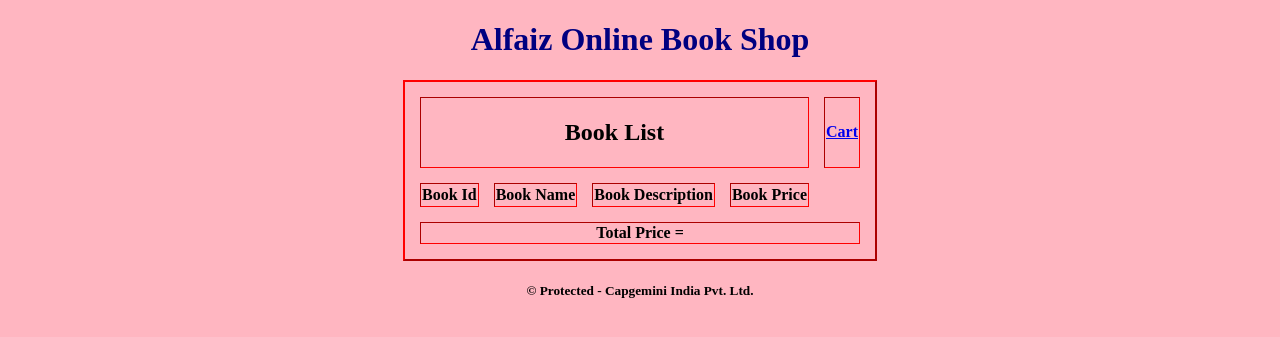
Repository: Rccalfa123/OnlineShopingCart
Page: http://localhost/OnlineBookShopping_Servlet-JSP/home.jsp
The author's editor kept a copy of each file at every save. The page is drawn from the files as they stood at one save, then again after the next save.
The browser window is 1280 px wide. The pictures show the whole page.
The page is served by Tomcat 9. Other server files are loaded and not shown.

Above is the page before, as saved 2018-08-09 14:34:50.

### OnlineBookShopping_Servlet-JSP/WebContent/home.jsp
<%@ page language="java" contentType="text/html; charset=ISO-8859-1"
	pageEncoding="ISO-8859-1"%>
<%@taglib prefix="alfa" uri="http://java.sun.com/jsp/jstl/core"%>
<!DOCTYPE html>
<html>
<head>

<link rel="stylesheet" type="text/css" href="mystyle.css">

<meta charset="ISO-8859-1">
<title>Online Book Shop</title>
</head>
<body>
     <jsp:include page="header.jsp"></jsp:include>
	<form action=".app" method="get">

		<div>
			<table cellspacing="15" align = "center" border="2" >
				<tr>
					<th colspan="4" height="35"><h2>Book List</h2></th>
					<th><a href="Cart.jsp">Cart ${sessionScope.counter}</a> </th>
				</tr>
			  <tr>
					<th height="20">Book Id</th>
					<th height="20">Book Name</th>
					<th height="20">Book Description</th>
					<th height="20">Book Price</th>

				</tr>

			<alfa:forEach var="books"  items="${sessionScope.availableBooks}">
			<tr>
					<td align="center">${books.bookId}</td>
					<td align="center">${books.bookName}</td>
					<td align="center">${books.bookDescription}</td>
					<td align="center">${books.bookPrice}</td>
					<td align="center"  colspan="2"><a href="addnew.app?bookId=${books.bookId}">Add to Cart</a></td>
			</tr>
			</alfa:forEach>
			 <tr > <th colspan="6"> Total Price = ${sessionScope.price} </th></tr>
					</table>
		</div>

	</form>
<jsp:include page="footer.html"></jsp:include>

</body>
</html>

### OnlineBookShopping_Servlet-JSP/WebContent/header.jsp
<%@taglib prefix="jstl" uri="http://java.sun.com/jsp/jstl/core" %>
<div align="center">
	<h1>Alfaiz Online Book Shop</h1>
</div>

### OnlineBookShopping_Servlet-JSP/WebContent/footer.html
<div align="center">
<h5>&copy; Protected - Capgemini India Pvt. Ltd.</h5>
</div>

### OnlineBookShopping_Servlet-JSP/WebContent/mystyle.css
@charset "ISO-8859-1";

body {
    background-color: lightpink;
}

h1 {
    color: navy;
}

td{

 font-family: sans-serif;

}

table {
	border-color: red;
	border-right: 2px 2px 2px 2px ;
}

After the next save:
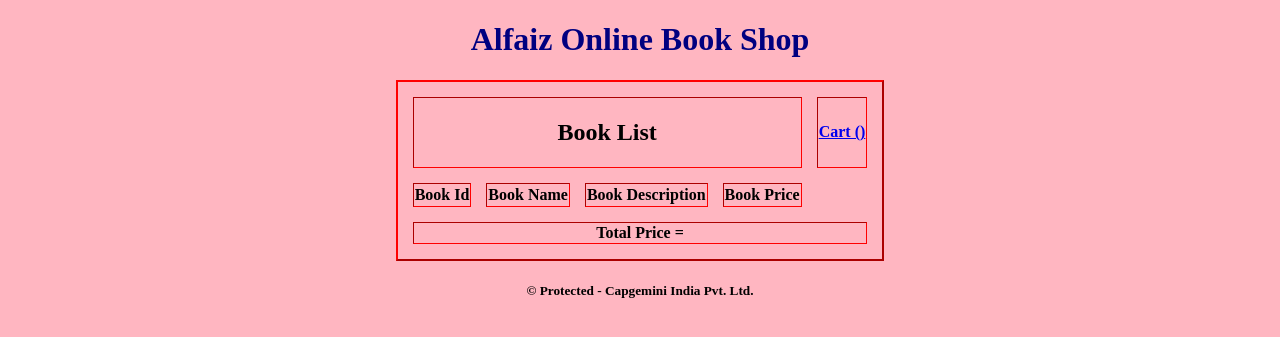
Saved 13 min 24 s later.
--- a/OnlineBookShopping_Servlet-JSP/WebContent/home.jsp
+++ b/OnlineBookShopping_Servlet-JSP/WebContent/home.jsp
@@ -18,7 +18,7 @@
 			<table cellspacing="15" align = "center" border="2" >
 				<tr>
 					<th colspan="4" height="35"><h2>Book List</h2></th>
-					<th><a href="Cart.jsp">Cart ${sessionScope.counter}</a> </th>
+					<th><a href="Cart.jsp">Cart (${sessionScope.counter})</a> </th>
 				</tr>
 			  <tr>
 					<th height="20">Book Id</th>
